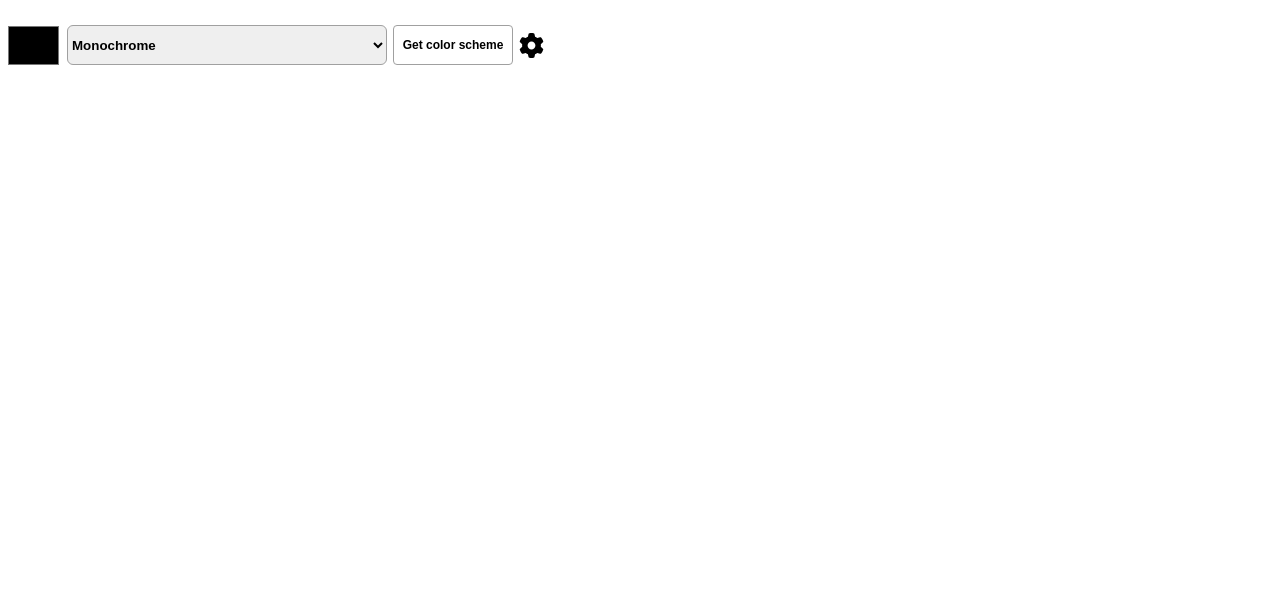
Repository: RadziSzop/colorPicker
Page: index.html
An editor plug-in stored every save of this project. The page is shown before and after the next save, followed by the edit.
The browser window is 1280 px wide. The pictures show the whole page.
After loading, the first visible `div.gear` was clicked once.

Above is the page before, as saved 2022-03-05 00:54:30.
Console error: ReferenceError: visible is not defined

### index.html
<!DOCTYPE html>
<html lang="en">
  <head>
    <meta charset="UTF-8" />
    <meta http-equiv="X-UA-Compatible" content="IE=edge" />
    <meta name="viewport" content="width=device-width, initial-scale=1.0" />
    <link rel="stylesheet" href="style.css" />
    <link rel="preconnect" href="https://fonts.googleapis.com" />
    <link rel="preconnect" href="https://fonts.gstatic.com" crossorigin />
    <link
      href="https://fonts.googleapis.com/css2?family=Roboto:wght@400;700&display=swap"
      rel="stylesheet"
    />
    <title>Document</title>
  </head>
  <body>
    <!-- <p id="test">ok</p> -->
    <div class="container">
      <div class="modal">
        <div class="closeBtn"></div>
        <div class="settings"></div>
      </div>
      <div class="main">
        <input type="color" id="color-picker" />
        <select id="menu">
          <option value="Monochrome">Monochrome</option>
          <option value="Monochrome-dark">Monochrome-dark</option>
          <option value="Monochrome-light">Monochrome-light</option>
          <option value="Analogic">Analogic</option>
          <option value="Complement">Complement</option>
          <option value="Analogic-complement">Analogic-complement</option>
          <option value="Triad">Triad</option>
        </select>
        <button id="submit-button">Get color scheme</button>
        <!-- <button id="settings-button">Settings</button> -->
        <div class="gear">
          <img src="images/gear-solid.svg" alt="" />
        </div>
      </div>
      <div class="colors">
        <div class="colorBox" id="color1"></div>
        <div class="colorBox" id="color2"></div>
        <div class="colorBox" id="color3"></div>
        <div class="colorBox" id="color4"></div>
        <div class="colorBox" id="color5"></div>
      </div>
      <div class="color_values">
        <div class="valueBox"><p id="value1"></p></div>
        <div class="valueBox"><p id="value2"></p></div>
        <div class="valueBox"><p id="value3"></p></div>
        <div class="valueBox"><p id="value4"></p></div>
        <div class="valueBox"><p id="value5"></p></div>
      </div>
    </div>

    <script src="main.js"></script>
  </body>
</html>

### style.css
* {
  box-sizing: border-box;
}
img {
  height: 100%;
  width: 100%;
}

html {
  font-family: "Roboto", sans-serif;
}
html,
body {
  margin: 0;
  padding: 0;
}

select {
  width: 320px;
  height: 40px;
  border-radius: 6px;
  font-weight: 700;
  border: 1px rgb(160, 160, 160) solid;
}
button {
  width: 120px;
  height: 40px;
  font-size: 12px;
  background-color: white;
  border: 1px rgb(160, 160, 160) solid;
  border-radius: 4px;
  font-weight: 700;
  cursor: pointer;
  transition: transform 0.2s;
}
option {
  padding-top: 5px;
}
.buttonClick {
  transform: scale(1.1);
}

.container {
  width: 550px;
  height: 550px;
  display: flex;
  flex-direction: column;
}
.main {
  height: 90px;
  width: 100%;
  background-color: rgb(255, 255, 255);
  display: flex;
  justify-content: space-evenly;
  align-items: center;
}
.gear {
  height: 25px;
  width: 25px;
}

.colors {
  height: 415px;
  display: flex;
}
.colorBox {
  width: 20%;
  height: 100%;
  background-color: rgb(255, 255, 255);
  transition: background 1s;
  /* border: 1px black solid; */
}
.color_values {
  height: 45px;
  display: flex;
  /* background-color: gray; */
}
.valueBox {
  height: 100%;
  width: 20%;
  /* border: 1px solid black; */
  display: flex;
  justify-content: center;
  align-items: center;
  font-weight: 700;
}
#color-picker {
  padding: 0;
  margin: 0;
  height: 47px;
  width: 55px;
  border: none;
  outline: none;
  -webkit-appearance: none;
  background-color: white;
}

/* modal */

.modal {
  visibility: hidden;
  justify-content: center;
  align-items: center;
  position: fixed;
  height: 550px;
  width: 550px;
  background-color: rgba(0, 0, 0, 0.5);
}

.settings {
  border-radius: 6px;
  height: 200px;
  width: 430px;
  background-color: white;
}
.closeBtn {
  position: fixed;
  right: 50px;
  top: 165px;
  height: 30px;
  width: 30px;
  border-radius: 6px;
  background-color: rgb(161, 159, 159);
}

### main.js
let colorEl1 = document.querySelector("#color1")
let colorEl2 = document.querySelector("#color2")
let colorEl3 = document.querySelector("#color3")
let colorEl4 = document.querySelector("#color4")
let colorEl5 = document.querySelector("#color5")
let valueEl1 = document.querySelector("#value1")
let valueEl2 = document.querySelector("#value2")
let valueEl3 = document.querySelector("#value3")
let valueEl4 = document.querySelector("#value4")
let valueEl5 = document.querySelector("#value5")
let submitBtnEl = document.querySelector("#submit-button")
let settingsBtnEl = document.querySelector("#settings-button")
let colorPicerEl = document.querySelector("#color-picker")
let menuEl = document.querySelector("#menu")
let modalEl = document.querySelector(".modal")
let testEl = document.querySelector("#test")
let closeBtnEl = document.querySelector(".closeBtn")
let gearEl = document.querySelector(".gear")
let apiData
//     chrome.storage.sync.get('foo', function(items) {
//         testEl.textContent =  JSON.stringify(items);
//       });



submitBtnEl.addEventListener("click", getingColors)

function getingColors(){
    let color = colorPicerEl.value.slice(1)
    let type = menuEl.value.toLowerCase()

    // chrome.storage.sync.set({'foo': color}, function() {
    //     console.log('Settings saved');
    //   });

    fetch(`https://www.thecolorapi.com/scheme?hex=${color}&mode=${type}`)
    .then(response => response.json())
    .then(json => {
        apiData = json

        colorEl1.style.backgroundColor = apiData.colors[0].rgb.value
        colorEl2.style.backgroundColor = apiData.colors[1].rgb.value
        colorEl3.style.backgroundColor = apiData.colors[2].rgb.value
        colorEl4.style.backgroundColor = apiData.colors[3].rgb.value
        colorEl5.style.backgroundColor = apiData.colors[4].rgb.value

        valueEl1.textContent = apiData.colors[0].hex.clean
        valueEl2.textContent = apiData.colors[1].hex.clean
        valueEl3.textContent = apiData.colors[2].hex.clean
        valueEl4.textContent = apiData.colors[3].hex.clean
        valueEl5.textContent = apiData.colors[4].hex.clean
    })
}
gearEl.addEventListener("click", function(){
    modalEl.style.visibility = visible;
})

closeBtnEl.addEventListener("click", function(){
    modalEl.style.visibility = hidden;
})

After the next save:
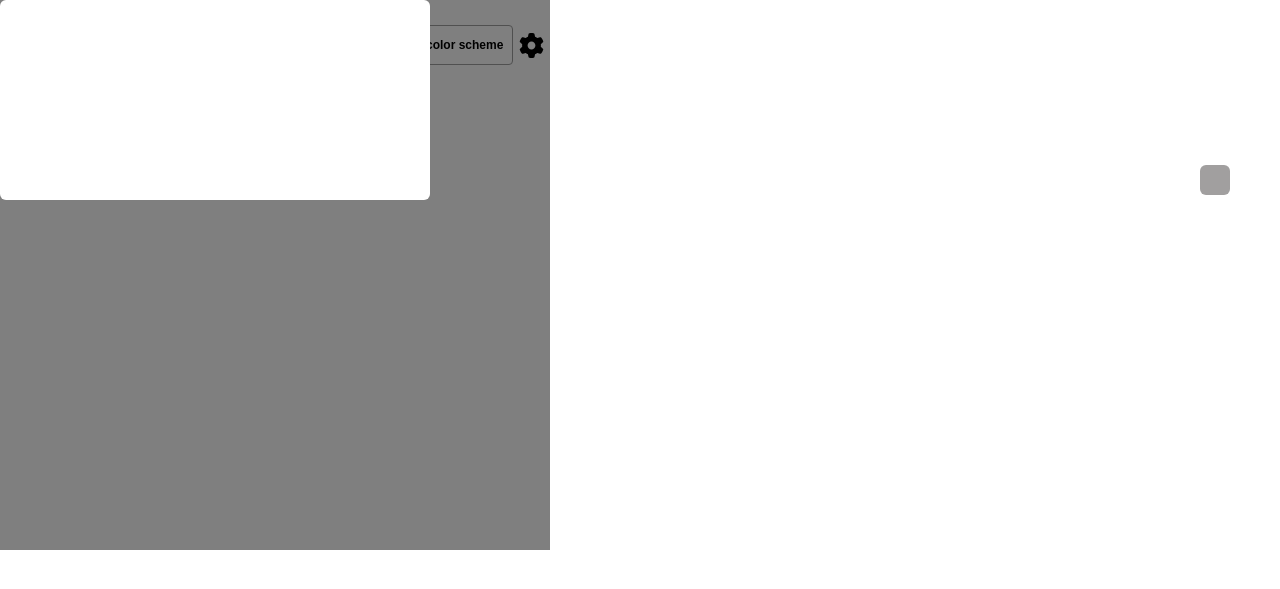
The error is gone.
Saved 74 s later.
--- a/main.js
+++ b/main.js
@@ -52,9 +52,9 @@
     })
 }
 gearEl.addEventListener("click", function(){
-    modalEl.style.visibility = visible;
+    modalEl.style.visibility = "visible";
 })
 
 closeBtnEl.addEventListener("click", function(){
-    modalEl.style.visibility = hidden;
+    modalEl.style.visibility = "hidden";
 })
